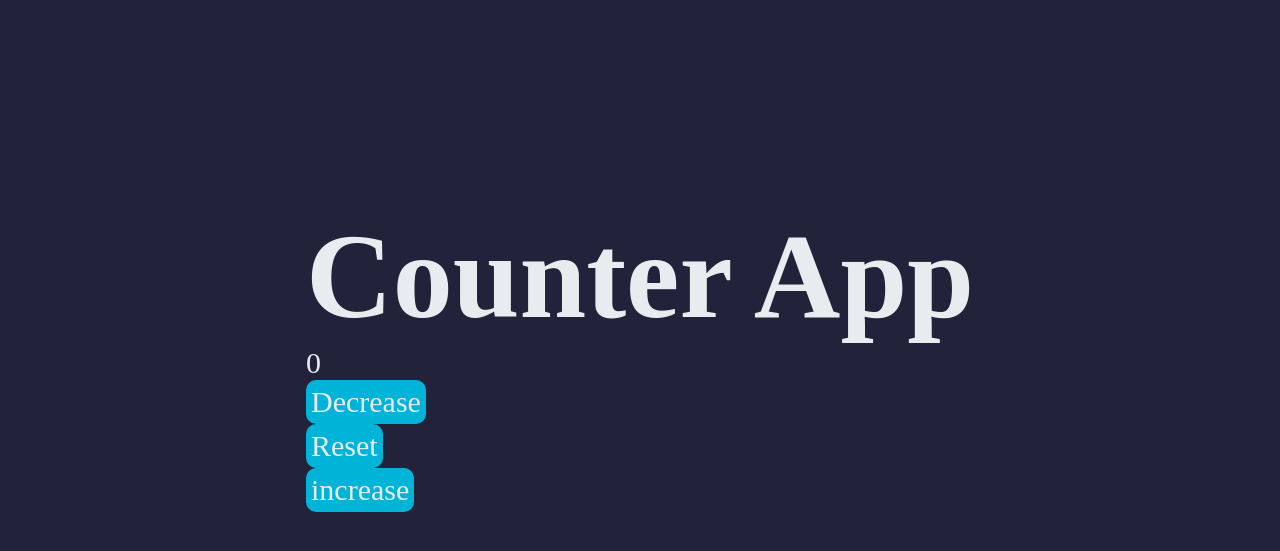
Repository: Yuukicoder/basicProject
Page: project2.html
These files come from the project's save history. The page is drawn as it stood at one moment and after the next save; the edit follows.
The browser window is 1280 px wide. The pictures show the whole page.
Some web fonts or font styles are not loaded; a fallback is used.

Above is the page before, as saved 2023-02-24 21:46:30.

After the next save:
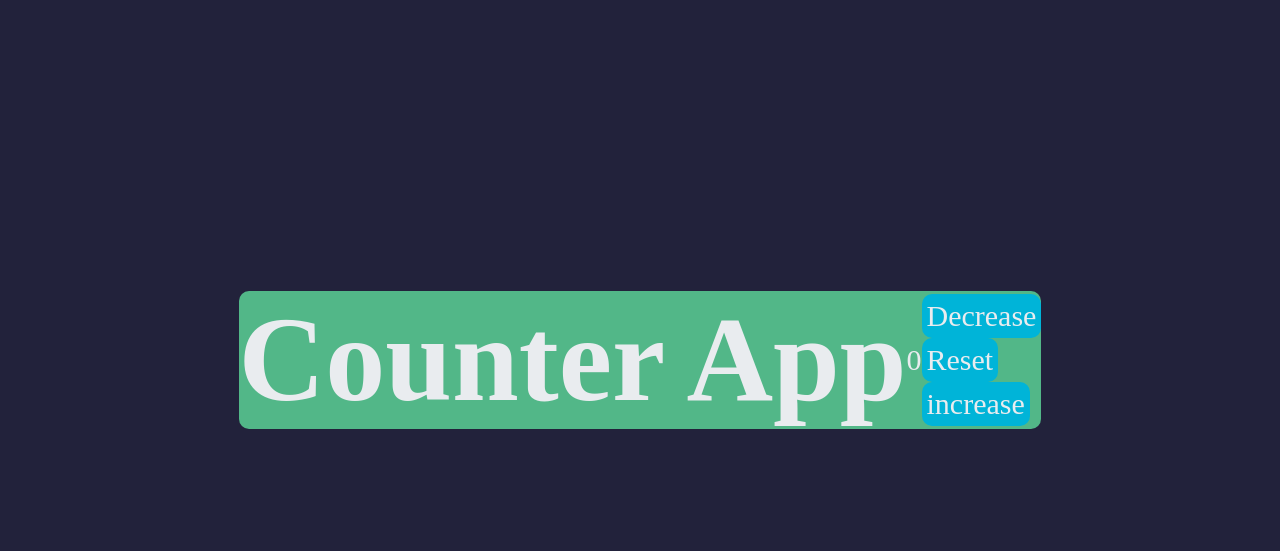
Saved 9 s later.
--- a/assets/css/project2.css
+++ b/assets/css/project2.css
@@ -17,7 +17,15 @@ body {
   align-items: center;
   justify-content: center;
 }
-
+.box {
+  /* width: 60%;
+  height: 60%; */
+  background-color: #52b788;
+  display: flex;
+  align-items: center;
+  justify-content: center;
+  border-radius: 10px;
+}
 h1,
 p {
   color: var(--text);
